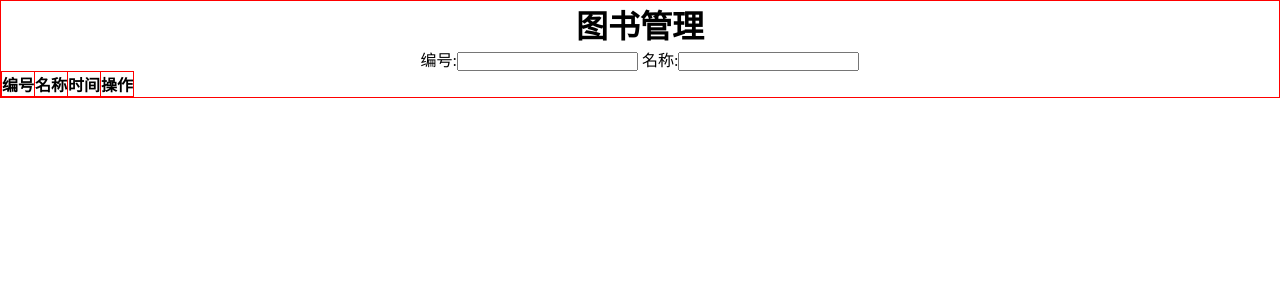
Repository: chenguocan/Vue_demo_1
Page: vue_demo_03/图书管理.html
The author's editor kept a copy of each file at every save. The page is drawn from the files as they stood at one save, then again after the next save.
The browser window is 1280 px wide. The pictures show the whole page.

Above is the page before, as saved 2020-07-21 16:06:39.

### vue_demo_03/图书管理.html
<!DOCTYPE html>
<html lang="en">
  <head>
    <meta charset="UTF-8" />
    <meta name="viewport" content="width=device-width, initial-scale=1.0" />
    <title>Document</title>
    <style>
      * {
        margin: 0;
        padding: 0;
        box-sizing: border-box;
      }
      .book {
        border: 1px solid red;
        text-align: center;
      }
      table {
        border-collapse: collapse;
      }
      th {
        border: 1px solid red;
        border-collapse: collapse;
      }
      .bookmsg {
        display: flex;
      }
    </style>
  </head>
  <body>
    <div class="book">
      <h1>图书管理</h1>
      <table>
        <tr>
          编号:<input type="text" name="id" />
          名称:<input type="text" name="bookname" />
        </tr>
      </table>
      <div class="bookmsg">
        <table>
          <thead>
            <tr>
              <th>编号</th>
              <th>名称</th>
              <th>时间</th>
              <th>操作</th>
            </tr>
          </thead>
        </table>
      </div>
    </div>
  </body>
  <script src="./js/vue.js"></script>
</html>

Loaded but not shown: vue_demo_03/js/vue.js (library)

After the next save:
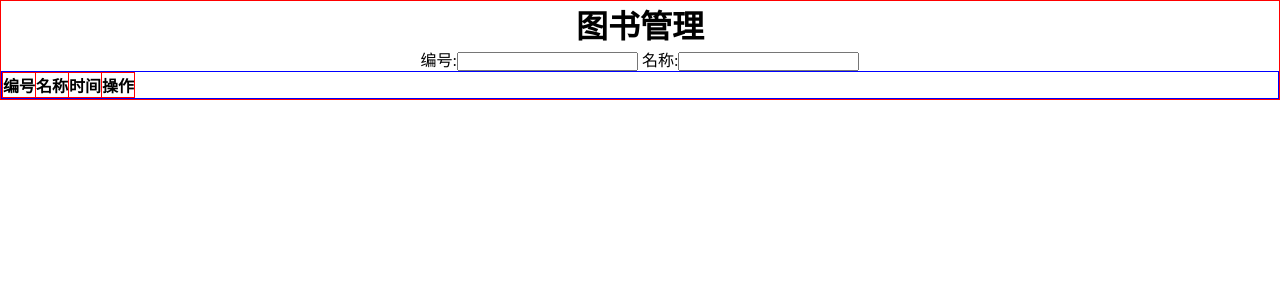
Saved 42 s later.
--- a/vue_demo_03/图书管理.html
+++ b/vue_demo_03/图书管理.html
@@ -22,6 +22,7 @@
         border-collapse: collapse;
       }
       .bookmsg {
+        border: 1px solid blue;
         display: flex;
       }
     </style>
